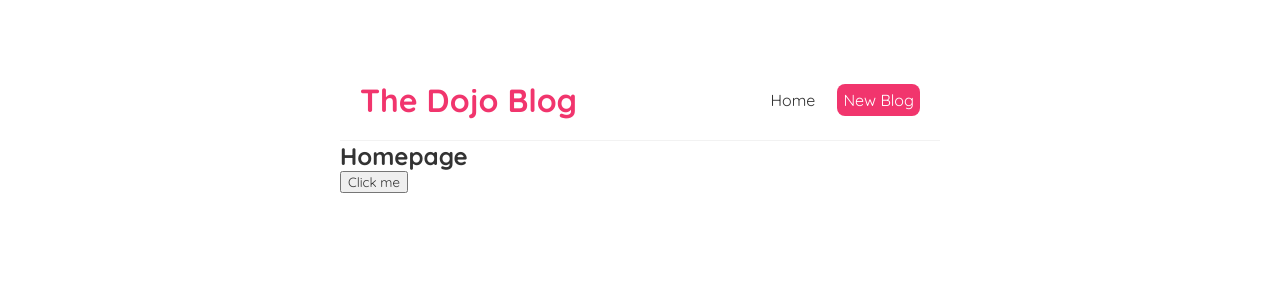
Repository: DESTINYAS/Reactjs
Page: /
An editor plug-in stored every save of this project. The page is shown before and after the next save, followed by the edit.
The browser window is 1280 px wide. The pictures show the whole page.
The project was rebuilt for these pictures with package versions that can differ from the ones it lists, and the page was loaded fresh each time.

Above is the page before, as saved 2022-11-27 23:36:25.

After the next save:
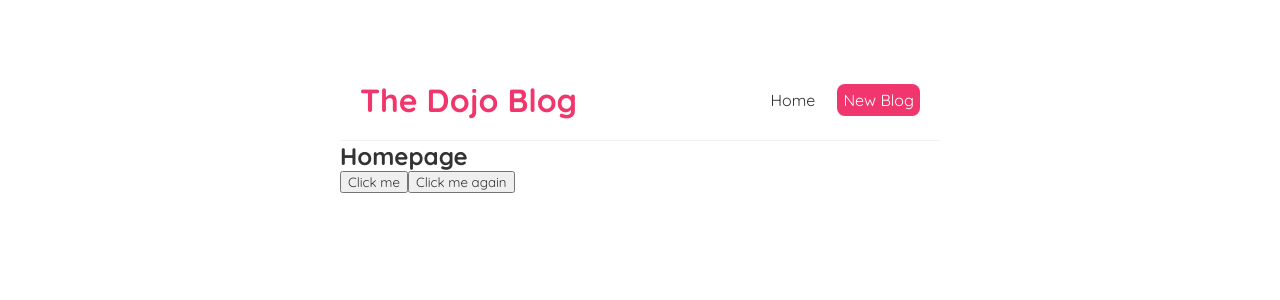
Saved 5 min 56 s later.
--- a/src/Home.js
+++ b/src/Home.js
@@ -1,11 +1,15 @@
 const Home = () => {
   const handleClick = () => {
     console.log("hello, ninjas");
+  };
+  const handleClickAgain = (name) => {
+    console.log("hello " + name);
   };
   return (
     <div className="home">
       <h2>Homepage</h2>
       <button onClick={handleClick}>Click me</button>
+      <button onClick={handleClickAgain("Dojo")}>Click me again</button>
     </div>
   );
 };
